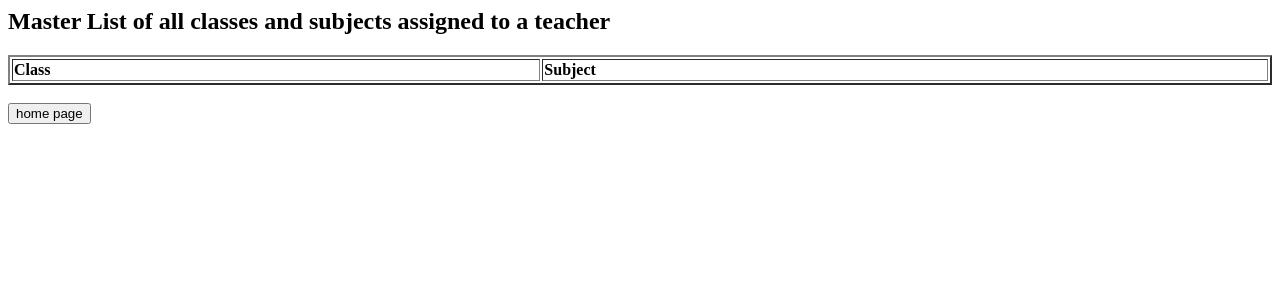
Repository: anithagnana123/Simplilearn_Phase2_project
Page: http://localhost/phase2-project/viewclasssubteach.jsp
These files come from the project's save history. The page is drawn as it stood at one moment and after the next save; the edit follows.
The browser window is 1280 px wide. The pictures show the whole page.
The page is served by Tomcat 9. Queries for data that is not in the repository find no rows.

Above is the page before, as saved 2022-10-24 09:00:54.

After the next save:
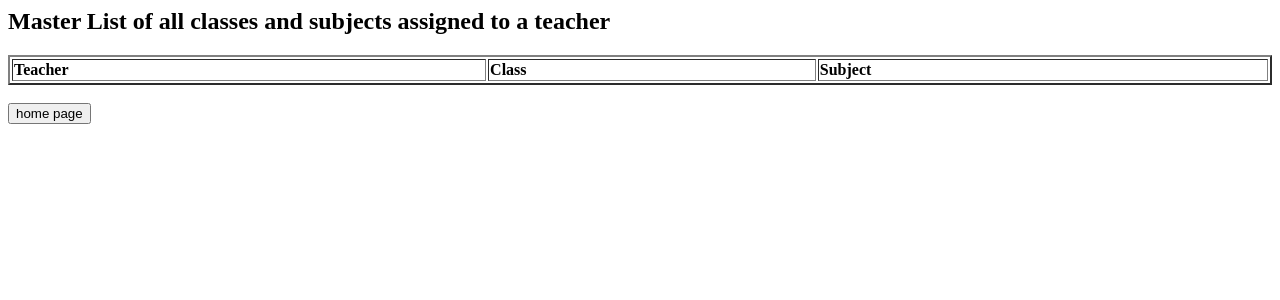
Saved 3 min 11 s later.
--- a/phase2-project/src/main/webapp/viewclasssubteach.jsp
+++ b/phase2-project/src/main/webapp/viewclasssubteach.jsp
@@ -16,10 +16,11 @@
 
 <h2>Master List of all classes and subjects assigned to a teacher</h2>
 <sql:query var="rs" dataSource="${database}">
-    SELECT * FROM class_subject order by class_sec asc;
+    SELECT * FROM teacher_class_subject order by teacher_id asc;
 </sql:query>
 <table border="2" width="100%">
     <tr>
+        <td><b>Teacher</b></td>
         <td><b>Class</b></td>
         <td><b>Subject</b></td>
     </tr>
